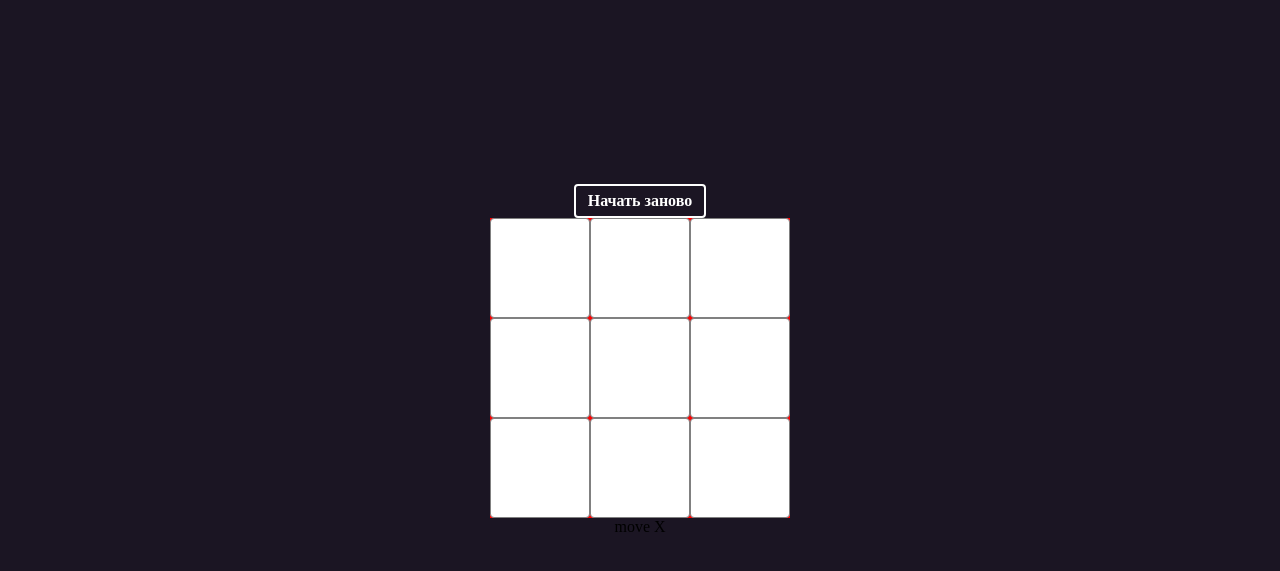
Repository: Minkeani/TIC-TAC_TOE
Page: /
An editor plug-in stored every save of this project. The page is shown before and after the next save, followed by the edit.
The browser window is 1280 px wide. The pictures show the whole page.
Some web fonts or font styles are not loaded; a fallback is used. The project was rebuilt for these pictures with package versions that can differ from the ones it lists, and the page was loaded fresh each time.

Above is the page before, as saved 2022-05-22 16:50:26.

After the next save:
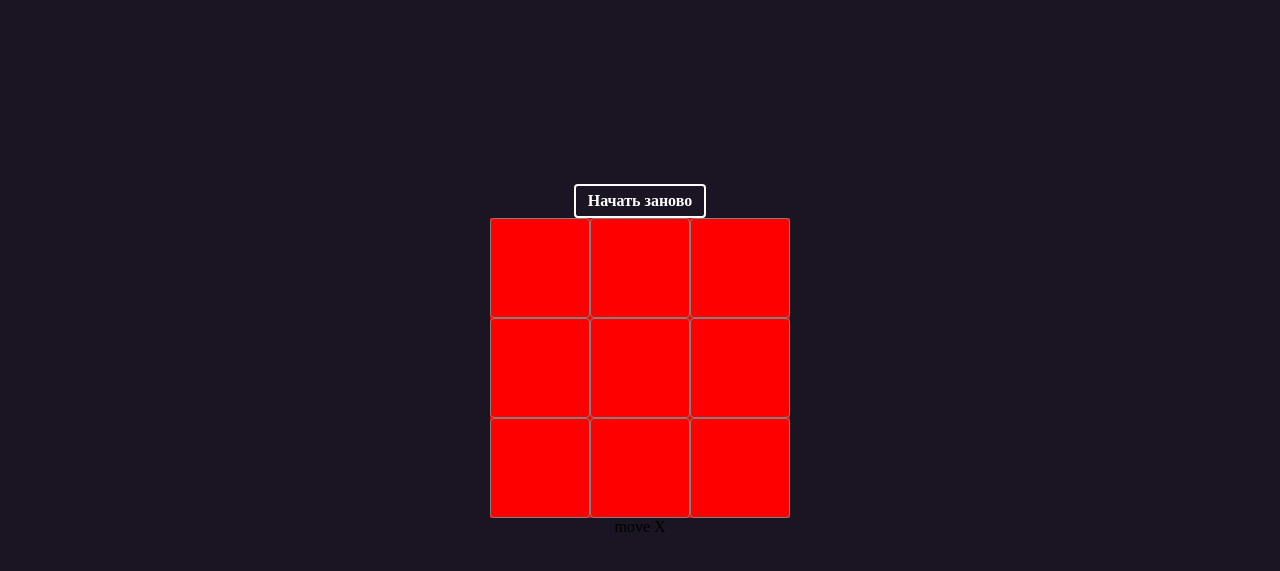
Saved 89 s later.
--- a/src/components/Square.css
+++ b/src/components/Square.css
@@ -1,7 +1,7 @@
 .square {
     width: 100px;
     height: 100px;
-    background: white;
+    /* background: white; */
     border: 1px solid gray;
     cursor: pointer;
     outline: none;

After the save that followed:
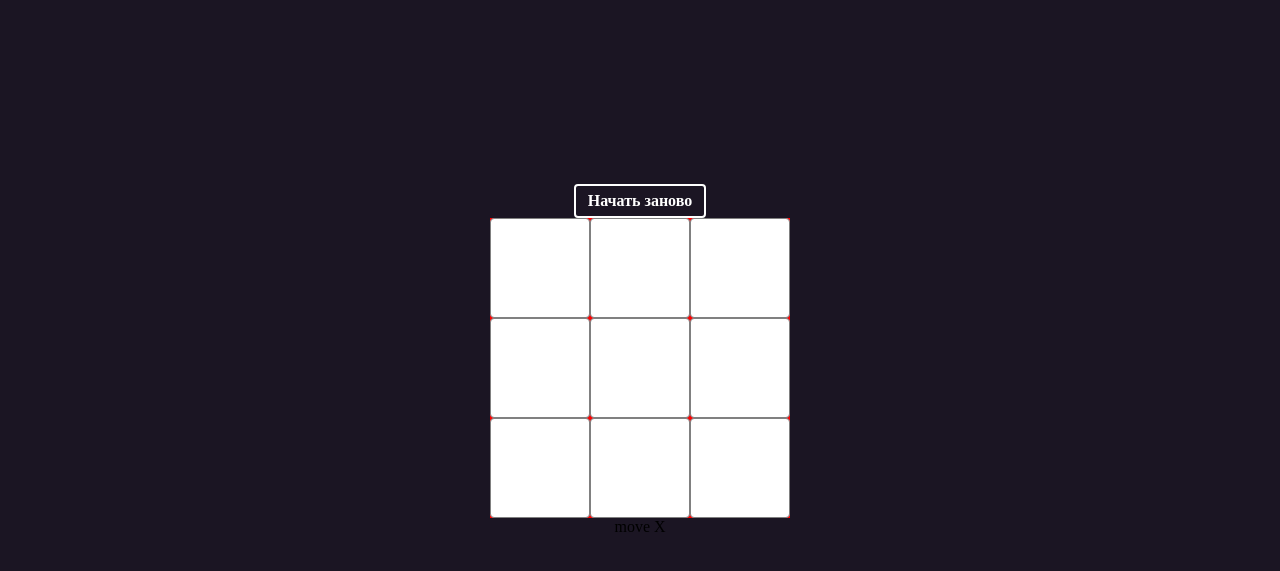
Saved 11 s later.
--- a/src/components/Square.css
+++ b/src/components/Square.css
@@ -1,7 +1,7 @@
 .square {
     width: 100px;
     height: 100px;
-    /* background: white; */
+    background: white;
     border: 1px solid gray;
     cursor: pointer;
     outline: none;
